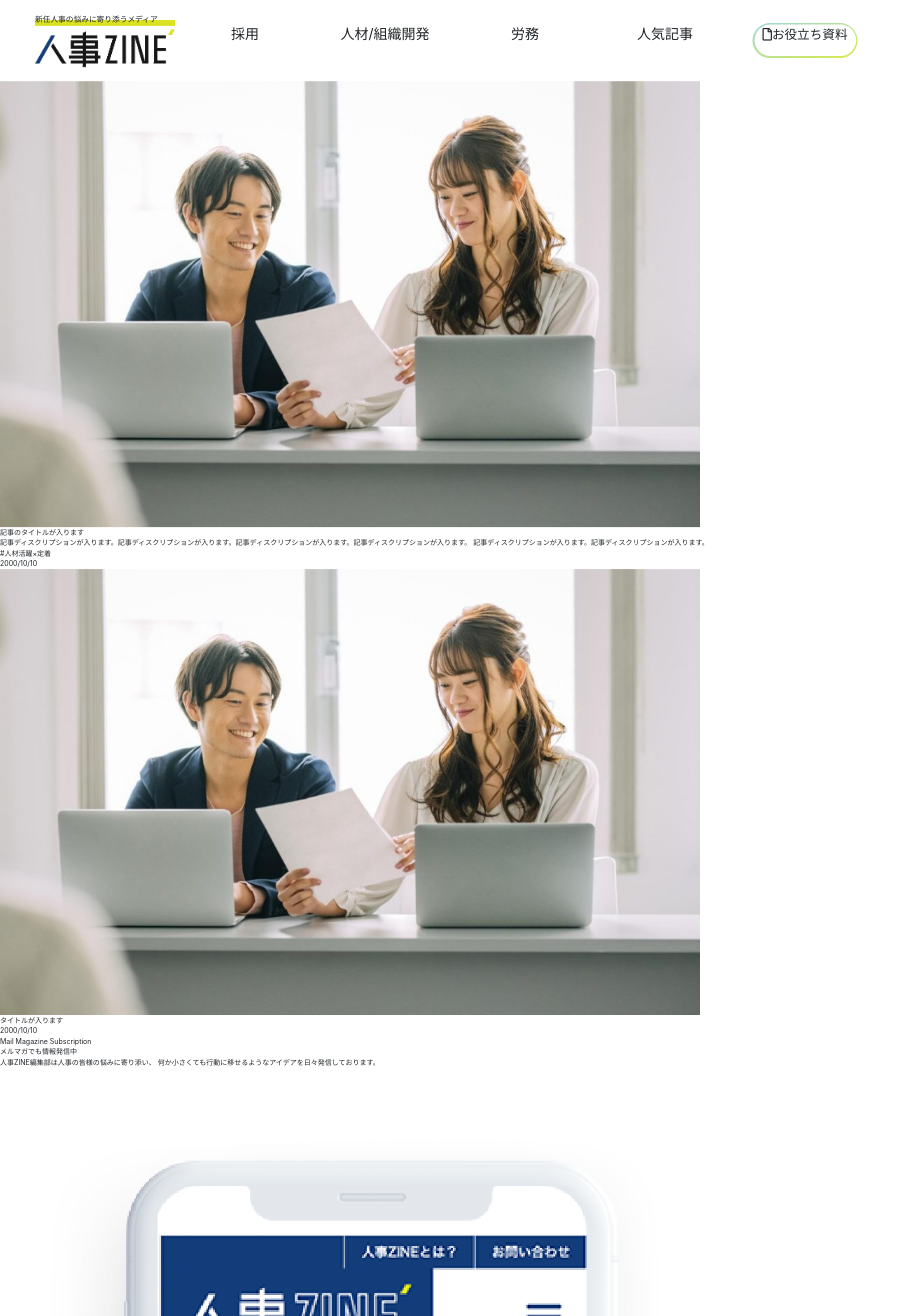
Repository: daisukey623/WpPractice
Page: http://localhost/index.html
The author's editor kept a copy of each file at every save. The page is drawn from the files as they stood at one save, then again after the next save.
The browser window is 1280 px wide. The page is 1290 px wide, so the pictures cover 1290 px, including what lies to the right of the window. The pictures show the part of the page from y = 0 to 1880 px (the page is 3071 px tall), at 70% of full size.
Some web libraries are served in a nearby version. The page is run by PHP 8.4 with error messages shown; the project is at /var/www/html/. Style sheets and scripts are compiled from the project's sources, by tool versions that may differ from the author's.

Above is the page before, as saved 2021-09-23 19:34:52.

### index.html
<!DOCTYPE html>
<html lang="en">
  <head>
    <meta charset="UTF-8" />
    <meta http-equiv="X-UA-Compatible" content="IE=edge" />
    <meta name="viewport" content="width=device-width, initial-scale=1.0" />
    <link rel="stylesheet" href="/scss/this-thema.css" />
    <link
      href="https://use.fontawesome.com/releases/v5.6.1/css/all.css"
      rel="stylesheet"
    />
    <title>Document</title>
  </head>
  <body>
    <header>
      <div class="container header">
        <div class="logo">
          <p class="logo-desc">新任人事の悩みに寄り添うメディア</p>
          <img src="/img/logo_black.png" alt="ロゴ" />
        </div>
        <nav class="nav">
          <ul class="nav-items">
            <li><a href="">採用</a></li>

            <li><a href="">人材/組織開発</a></li>
            <li><a href="">労務</a></li>
            <li><a href="">人気記事</a></li>
            <li>
              <button>
                <span
                  ><a href=""><i class="far fa-file"></i>お役立ち資料</a>
                  </span
                >
              </button>
            </li>
          </ul>
        </nav>
      </div>
    </header>
    <main>
      <article>
        <div>
          <img src="/img/eyecatch.jpg" alt="アイキャッチ" />
          <h2>記事のタイトルが入ります</h2>
          <p>
            記事ディスクリプションが入ります。記事ディスクリプションが入ります。記事ディスクリプションが入ります。記事ディスクリプションが入ります。
            記事ディスクリプションが入ります。記事ディスクリプションが入ります。
          </p>
          <p>#人材活躍×定着</p>
          <p>2000/10/10</p>
        </div>
      </article>
    </main>
    <aside>
      <article>
        <div>
          <img src="/img/eyecatch.jpg" alt="" />
          <h2>タイトルが入ります</h2>
          <p>2000/10/10</p>
        </div>
      </article>
    </aside>
    <footer>
      <div>
        <h2>Mail Magazine Subscription</h2>
        <p>メルマガでも情報発信中</p>
        <p>
          人事ZINE編集部は人事の皆様の悩みに寄り添い、
          何か小さくても行動に移せるようなアイデアを日々発信しております。
        </p>
      </div>
      <div>
        <img src="/img/footer_mail_mobile.png" alt="メルマガ" />
        <p>人事ZINE メルマガでは、こんな情報をお届けいたします。</p>
        <ul>
          <li>人事業務の基本知識が学べる記事</li>
          <li>今の時期に必要な人事業務が学べる記事</li>
          <li>人事セミナーのご案内</li>
          <li>その他 採用のお役立ち情報のご案内など</li>
        </ul>
        <p>ぜひご登録ください。</p>
        <button>登録はこちら</button>
      </div>
      <div>
        <img src="" alt="" />
        <img src="" alt="" />
        <img src="" alt="" />
        <ul>
          <li><a href="">人事ZINEとは</a></li>
          <li><a href="">プライバシーポリシー</a></li>
          <li><a href="">運営会社</a></li>
          <li><a href="">お問い合わせ</a></li>
        </ul>
        <p>コピーライト</p>
      </div>
    </footer>
  </body>
</html>

### scss/this-thema.scss
@import  "_variables.scss";
@import  "_global.scss";
@import  "_reset.scss";
@import  "_header.scss";

### scss/_variables.scss
$blue: #133D7A !default;
$yellow: #DBE222 !default;

### scss/_global.scss
html {
  font-family: sans-serif;
  line-height: 1.15;
  -webkit-text-size-adjust: 100%;
  -webkit-tap-highlight-color: rgba(0, 0, 0, 0);
  font-size: 10px;
  margin: 0;
  padding: 0;
}

body {
  margin: 0;
  padding: 0;
  font-family: -apple-system, BlinkMacSystemFont, 'Segoe UI', Roboto,
    'Helvetica Neue', Arial, 'Noto Sans', sans-serif, 'Apple Color Emoji',
    'Segoe UI Emoji', 'Segoe UI Symbol', 'Noto Color Emoji';
  font-size: 1rem;
  font-weight: 400;
  line-height: 1.5;
  color: #212529;
  text-align: left;
  background-color: #fff;
}

.container {
  display: flex;
  justify-content: center;
  width: 100%;
  padding:1.0rem ;
  margin: 1.0rem;
}

### scss/_header.scss
.header{
  display: flex;
  justify-content: center;
  align-items: center;
}

.logo{
  &-desc{
    background: linear-gradient(transparent 50%, $yellow 50%);
    font-size: 1.1rem;
    margin-bottom: 0.5rem;
  }
  img{
    width: 200px;
  }
}

.nav{
  &-items{
    overflow: hidden;
      li{
        width: 200px;
        text-align: center;
        float: left;
        font-size: 2.0rem;
        button{
         background-image: linear-gradient(to right bottom, rgb(155, 217, 216), rgb(216, 235, 74));
          border-image-slice: 1;
          border-radius: 25px;
          font-size: 18px;
          width: 150px;
          height: 50px;
          pad
          &:hover{
            background-image: linear-gradient(to right bottom, rgb(155, 217, 216), rgb(216, 235, 74));
          }
          span{
            display: inline-block;
            width: 145px;
            height: 45px;
            border-radius: 25px;
            background-color: white;
          }
        }

      }
    }
  }

Loaded but not shown: scss/_reset.scss (common file)

After the next save:
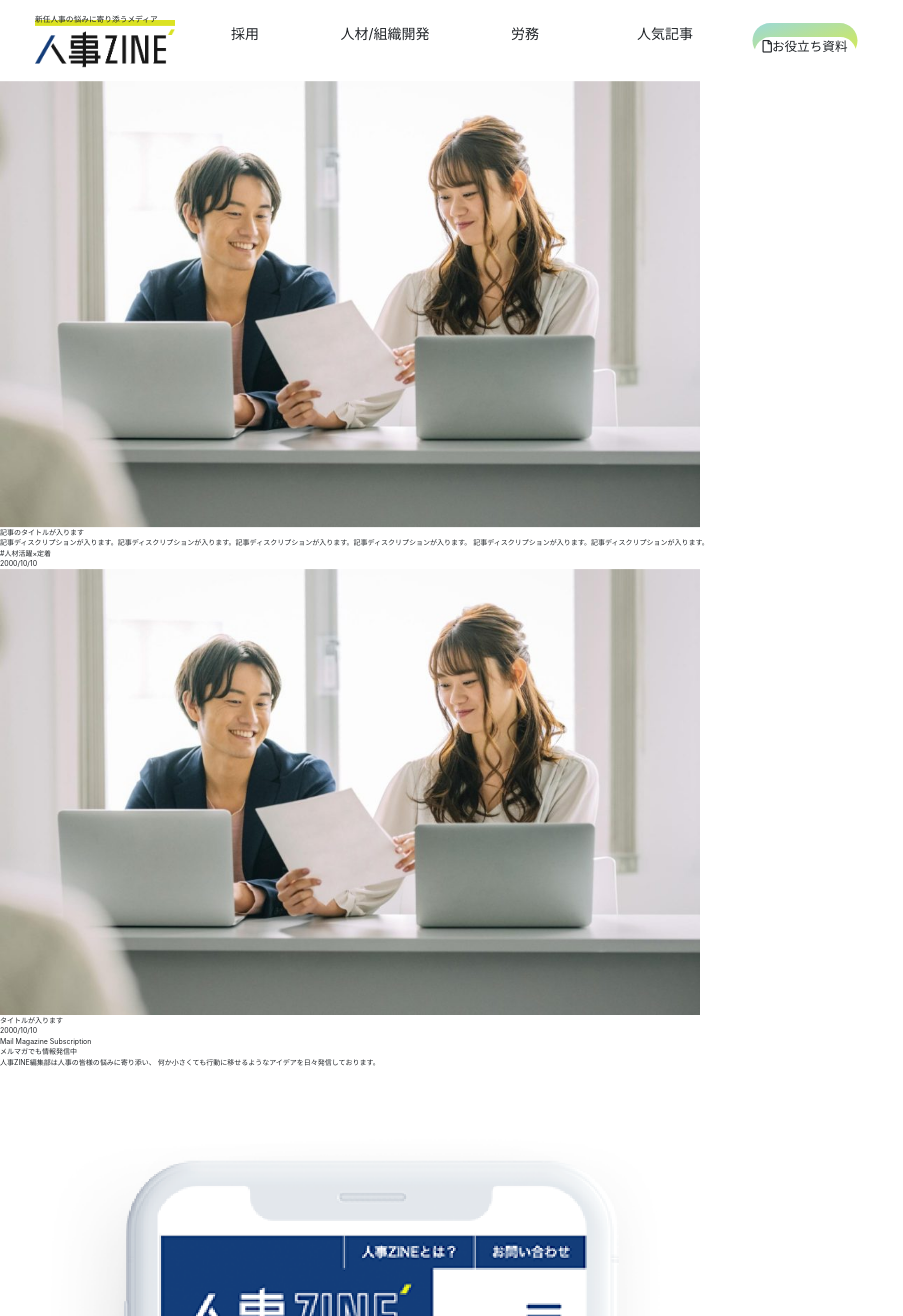
Saved 4 s later.
--- a/scss/_header.scss
+++ b/scss/_header.scss
@@ -30,7 +30,7 @@
           font-size: 18px;
           width: 150px;
           height: 50px;
-          pad
+          padding-top: 20px;
           &:hover{
             background-image: linear-gradient(to right bottom, rgb(155, 217, 216), rgb(216, 235, 74));
           }
